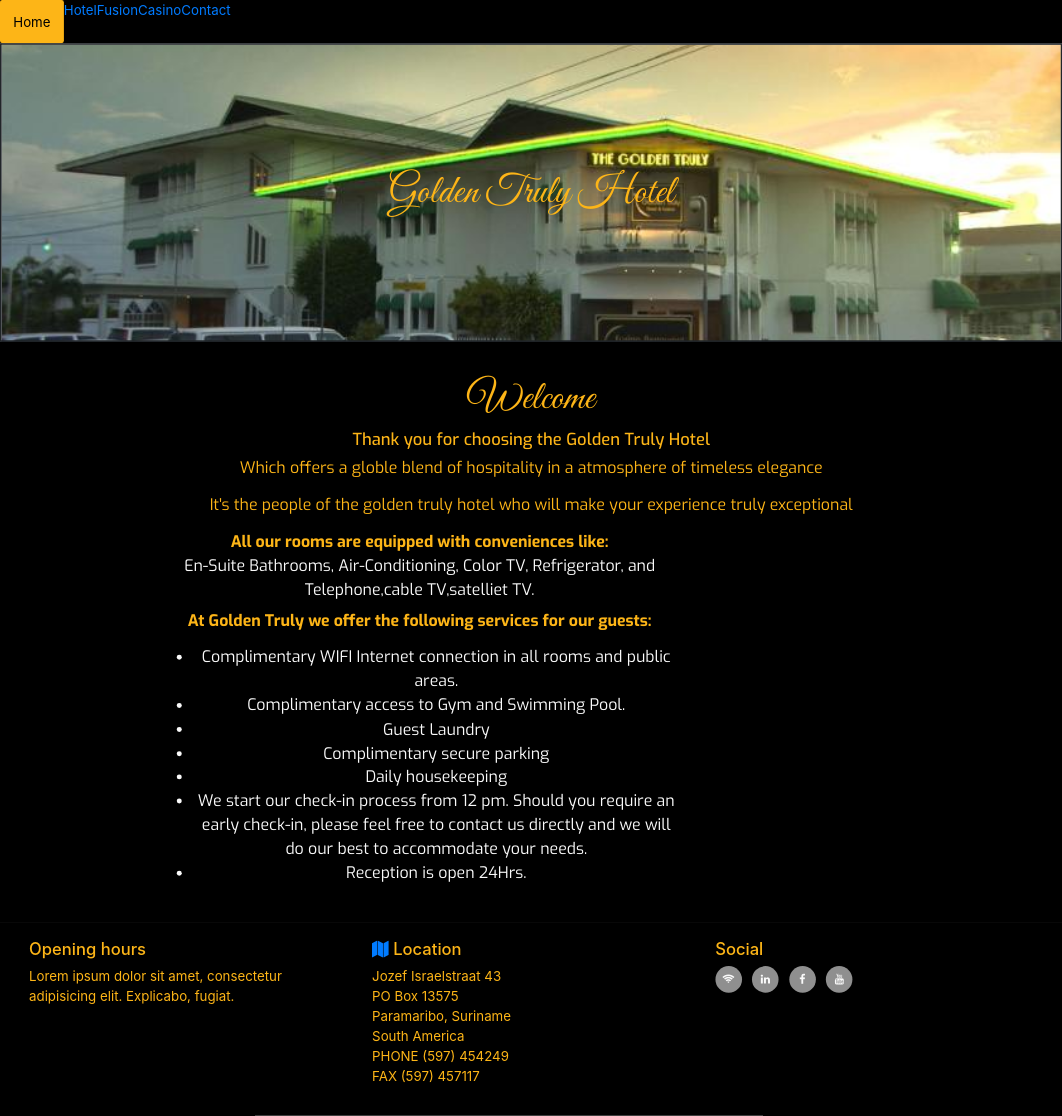
Repository: Code-Institute-Submissions/anthonycaf-Milestone1
Page: index.html
The author's editor kept a record of every edit. The page is drawn from the files as they stood at one moment, then again after the next edit.
The browser window is 1280 px wide. The pictures show the whole page, at 83% of full size.

Above is the page before.

After the next edit:
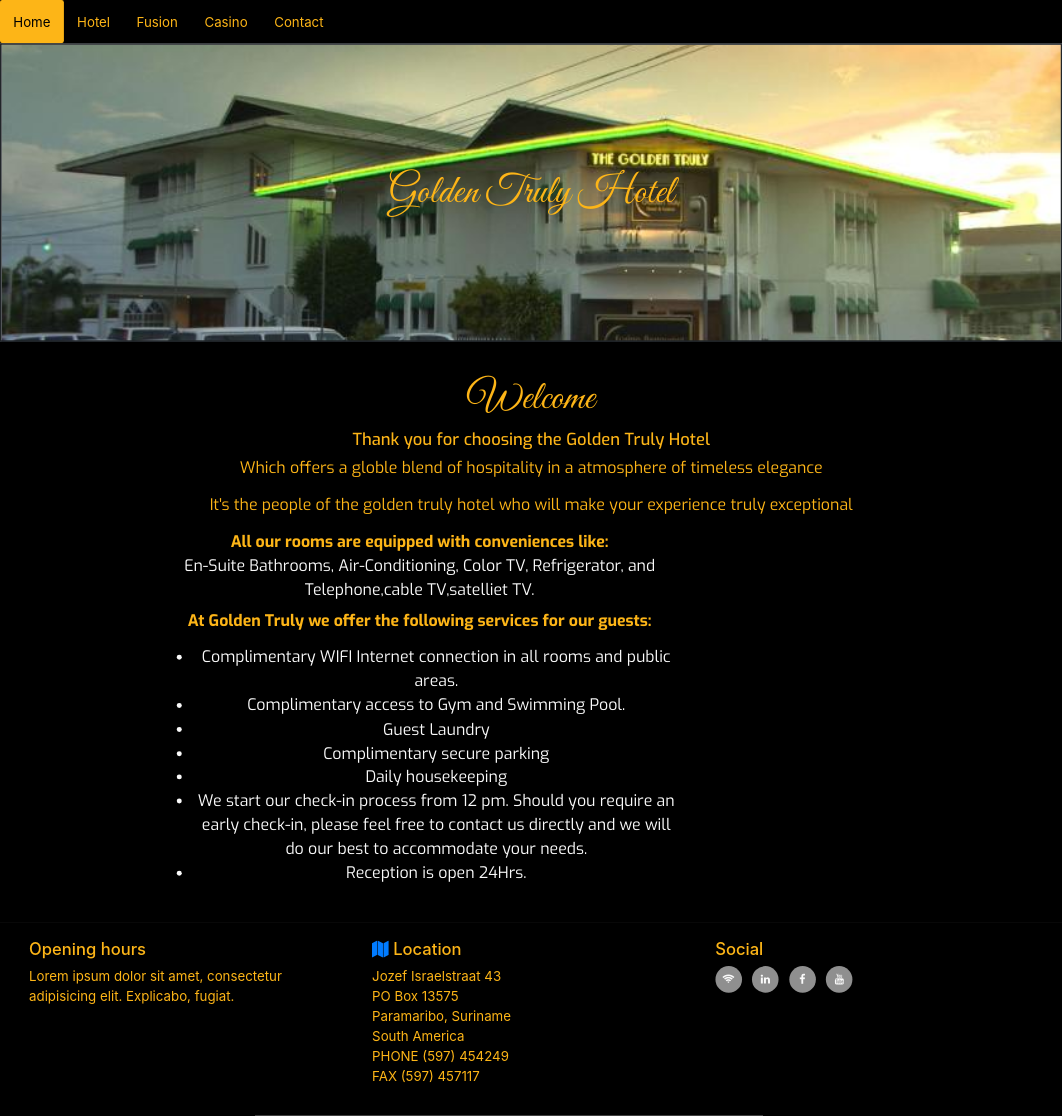
The edit:
--- a/index.html
+++ b/index.html
@@ -17,10 +17,10 @@
 
          <ul Id="nav-bar">
   <li class="nav-bar-item"><a class="nav-link-item" href="index.html">Home</a></li>
-  <li class="nav-bar-item"><a href="hotel.html">Hotel</a></li>
-  <li class="nav-bar-item"><a href="fusion.html">Fusion</a></li>
-  <li class="nav-bar-item"><a href="casino.html">Casino</a></li>
-  <li class="nav-bar-item"><a href="contact.html">Contact</a></li>
+  <li class="nav-bar-item"><a class="nav-link-item" href="hotel.html">Hotel</a></li>
+  <li class="nav-bar-item"><a class="nav-link-item" href="fusion.html">Fusion</a></li>
+  <li class="nav-bar-item"><a class="nav-link-item" href="casino.html">Casino</a></li>
+  <li class="nav-bar-item"><a class="nav-link-item" href="contact.html">Contact</a></li>
 </ul>
 <div class="bg-image-title">
                 <a href="index.html" class="img"></a>
